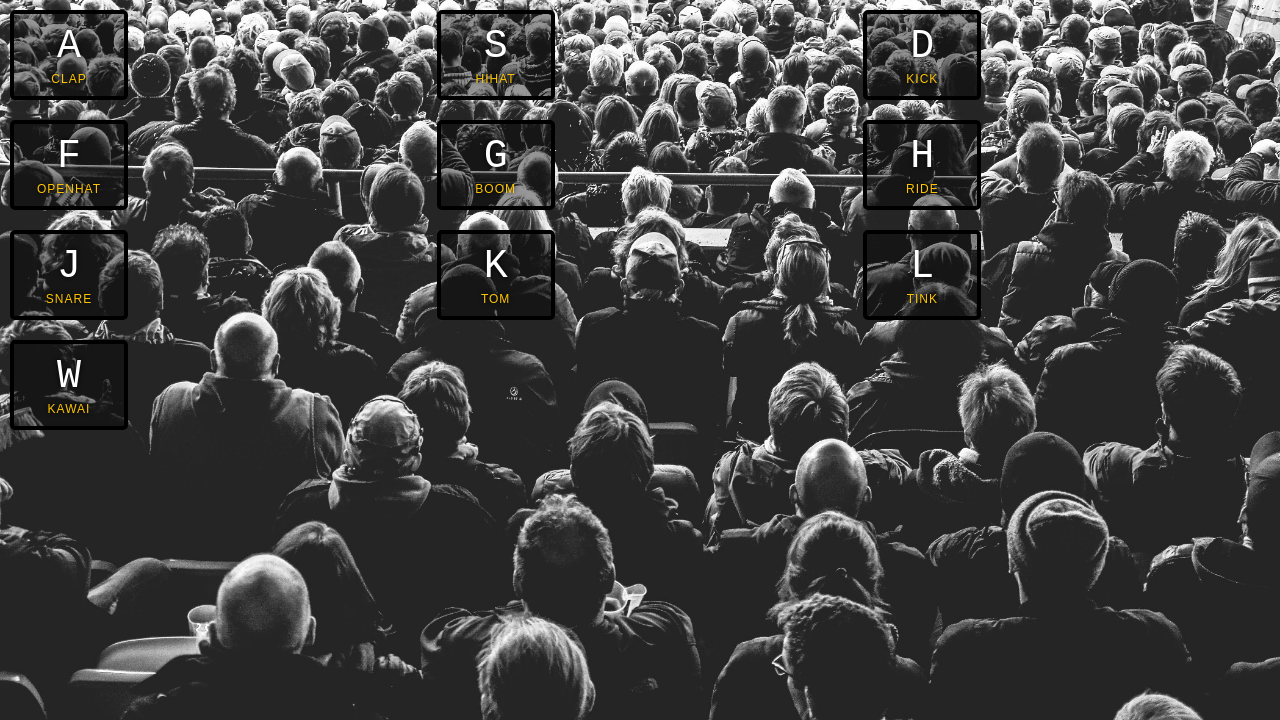
Repository: Freezler/drumkitJS
Page: index-START.html
These files come from the project's save history. The page is drawn as it stood at one moment and after the next save; the edit follows.
The browser window is 1280 px wide. The pictures show the whole page.

Above is the page before, as saved 2024-08-23 00:25:20.

### index-START.html
<!DOCTYPE html>
<html lang="en">

<head>
  <meta charset="UTF-8">
  <title>JS Drum Kit</title>
  <link rel="stylesheet" href="style.css">
  <link rel="icon" href="https://fav.farm/🔥" />
</head>

<body>

  <main>
    <div class="keys">
      <div data-key="65" class="key">
        <kbd>A</kbd>
        <span class="sound">clap</span>
      </div>
      <div data-key="83" class="key">
        <kbd>S</kbd>
        <span class="sound">hihat</span>
      </div>
      <div data-key="68" class="key">
        <kbd>D</kbd>
        <span class="sound">kick</span>
      </div>
      <div data-key="70" class="key">
        <kbd>F</kbd>
        <span class="sound">openhat</span>
      </div>
      <div data-key="71" class="key">
        <kbd>G</kbd>
        <span class="sound">boom</span>
      </div>
      <div data-key="72" class="key">
        <kbd>H</kbd>
        <span class="sound">ride</span>
      </div>
      <div data-key="74" class="key">
        <kbd>J</kbd>
        <span class="sound">snare</span>
      </div>
      <div data-key="75" class="key">
        <kbd>K</kbd>
        <span class="sound">tom</span>
      </div>
      <div data-key="76" class="key">
        <kbd>L</kbd>
        <span class="sound">tink</span>
      </div>
      <div data-key="87" class="key">
        <kbd>W</kbd>
        <span class="sound">kawai</span>
      </div>
    </div>
  </main>

  <audio data-key="65" src="sounds/clap.wav"></audio>
  <audio data-key="83" src="sounds/hihat.wav"></audio>
  <audio data-key="68" src="sounds/kick.wav"></audio>
  <audio data-key="70" src="sounds/openhat.wav"></audio>
  <audio data-key="71" src="sounds/boom.wav"></audio>
  <audio data-key="72" src="sounds/ride.wav"></audio>
  <audio data-key="74" src="sounds/snare.wav"></audio>
  <audio data-key="75" src="sounds/tom.wav"></audio>
  <audio data-key="76" src="sounds/tink.wav"></audio>
  <audio data-key="87" src="sounds/kawai.wav"></audio>


  <script>

    window.addEventListener('keydown', function (e) {
      const audio = document.querySelector(`audio[data-key="${e.keyCode}"]`);
      const key = document.querySelector(`.key[data-key="${e.keyCode}"]`);
      key.classList.add('playing');
      if (!audio) return;
      audio.currentTime = 0;
      audio.play();

      function removeTransition(e) {
        if (e.propertyName !== 'transform') return;
        this.classList.remove('playing');
      }
      const keys = document.querySelectorAll('.key');
      keys.forEach(key => key.addEventListener('transitionend', removeTransition));

    });
  </script>


</body>

</html>

### style.css
html {
  font-size: 10px;
  background: url('./background.jpg') bottom center;
  background-size: cover;
  background-repeat: no-repeat;
  height: 100vh;
}

body,
html {
  margin: 0;
  padding: 0;
  font-family: sans-serif;
}

main {

}

.keys {
  display: grid;
  grid-template-columns: auto auto auto;
}

.key {
  border: .4rem solid black;
  border-radius: .5rem;
  margin: 1rem;
  font-size: 1.5rem;
  padding: 1rem .5rem;
  transition: all .07s ease;
  width: 10rem;
  text-align: center;
  color: white;
  background: rgba(0, 0, 0, 0.4);
  text-shadow: 0 0 .5rem black;

}

.key[data-key="87"] {
  display: inline-block;
  text-align: center;


}

.playing {
  transform: scale(1.1);
  border-color: #ffc600;
  box-shadow: 0 0 1rem #ffc600;
}

kbd {
  display: block;
  font-size: 4rem;
}

.sound {
  font-size: 1.2rem;
  text-transform: uppercase;
  letter-spacing: .1rem;
  color: #ffc600;
}

After the next save:
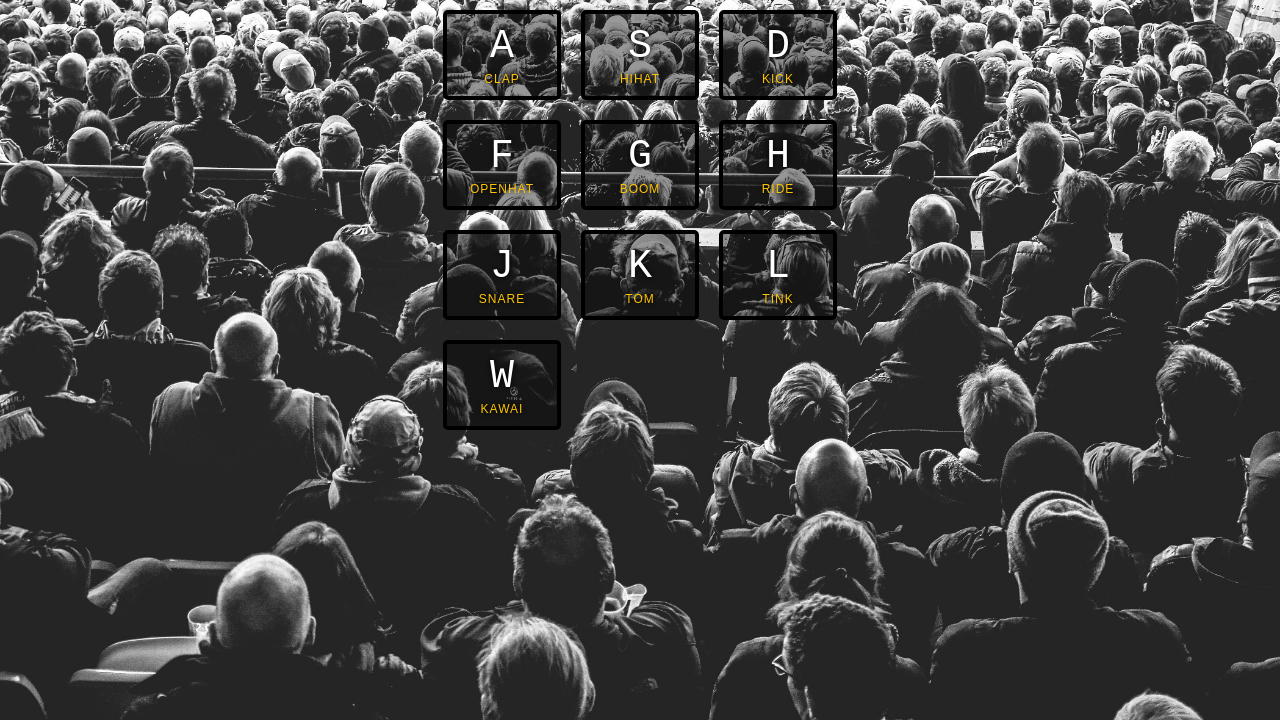
Saved 17 s later.
--- a/style.css
+++ b/style.css
@@ -14,7 +14,7 @@ html {
 }
 
 main {
-
+  place-self: center;
 }
 
 .keys {
